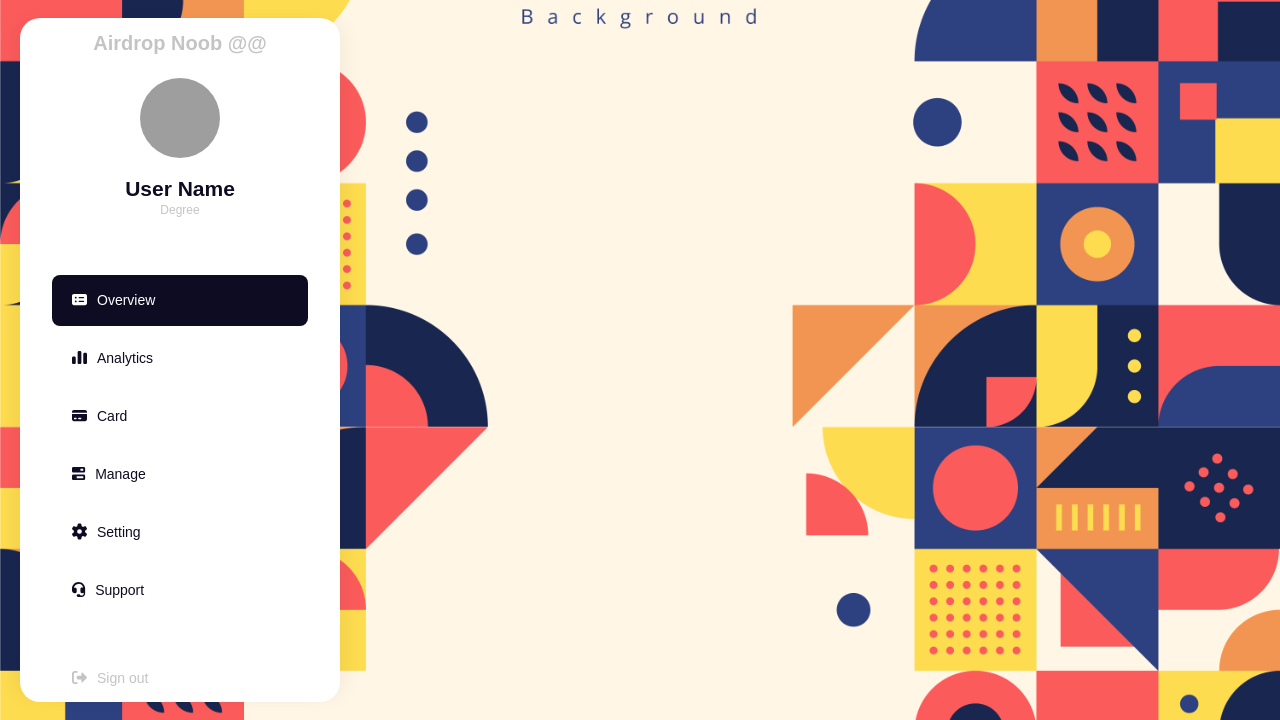
Repository: conGaStuer/airdropmamager
Page: /
These files come from the project's save history. The page is drawn as it stood at one moment and after the next save; the edit follows.
The browser window is 1280 px wide. The pictures show the whole page.
Pictures or frames that could not be fetched are drawn as grey boxes. The project was rebuilt for these pictures with package versions that can differ from the ones it lists, and the page was loaded fresh each time. The framework's server and built-in components were replaced by stand-ins that run in the browser. Also part of the build but not shown: next.config.ts.

Above is the page before, as saved 2025-05-25 20:00:58.

### src/app/layout.tsx
import type { Metadata } from "next";
import { Geist, Geist_Mono } from "next/font/google";
import "../styles/globals.css";
import "../lib/fontawesome";
const geistSans = Geist({
  variable: "--font-geist-sans",
  subsets: ["latin"],
});

const geistMono = Geist_Mono({
  variable: "--font-geist-mono",
  subsets: ["latin"],
});

export const metadata: Metadata = {
  title: "Create Next App",
  description: "Generated by create next app",
};

export default function RootLayout({
  children,
}: Readonly<{
  children: React.ReactNode;
}>) {
  return (
    <html lang="en">
      <body
        className={`${geistSans.variable} ${geistMono.variable} antialiased`}
      >
        {children}
      </body>
    </html>
  );
}

### src/app/page.tsx
import Link from "next/link";
import SideBar from "../components/SideBar";
export default function Home() {
  return (
    <div className="home">
      {/* <Link href="/airdrops">
        <button>Đi đến trang Airdrops</button>
      </Link> */}
      <SideBar />
    </div>
  );
}

### src/styles/globals.css
@tailwind base;
@tailwind components;
@tailwind utilities;

:root {
  --background: #ffffff;
  --foreground: #171717;
}

@media (prefers-color-scheme: dark) {
  :root {
    --background: #0a0a0a;
    --foreground: #ededed;
  }
}

body {
  color: var(--foreground);
  background: var(--background);
  font-family: Arial, Helvetica, sans-serif;
  background-image: url("../styles/bg.jpg");
  background-size: cover;
  background-position: center;
}

### src/lib/fontawesome.js
// src/lib/fontawesome.js
import { config } from "@fortawesome/fontawesome-svg-core";
import "@fortawesome/fontawesome-svg-core/styles.css";
config.autoAddCss = false; // ⛔️ Ngăn tự thêm CSS vì Next.js xử lý riêng

### src/components/SideBar.js
import React from "react";
import "../styles/sideBar.scss";
import { FontAwesomeIcon } from "@fortawesome/react-fontawesome";
import {
  faEdit,
  faTrash,
  faRectangleList,
  faChartSimple,
  faCreditCard,
  faBarsProgress,
  faGear,
  faHeadset,
  faRightFromBracket,
} from "@fortawesome/free-solid-svg-icons";

export default function SideBar() {
  return (
    <div className="side-bar">
      <div className="side-info">
        <h4>Airdrop Noob @@</h4>
        <div className="user-profile">
          <img src="/path/to/image.jpg" />
          <h4>User Name</h4>
          <p>Degree</p>
        </div>
      </div>
      <div className="side-menu">
        <div className="menu-element menu-element1">
          <FontAwesomeIcon icon={faRectangleList} className="icon" />
          <span>Overview</span>
        </div>
        <div className="menu-element">
          <FontAwesomeIcon icon={faChartSimple} className="icon" />
          <span>Analytics</span>
        </div>
        <div className="menu-element">
          <FontAwesomeIcon icon={faCreditCard} className="icon" />
          <span>Card</span>
        </div>
        <div className="menu-element">
          <FontAwesomeIcon icon={faBarsProgress} className="icon" />
          <span>Manage</span>
        </div>
        <div className="menu-element">
          <FontAwesomeIcon icon={faGear} className="icon" />
          <span>Setting</span>
        </div>
        <div className="menu-element">
          <FontAwesomeIcon icon={faHeadset} className="icon" />

          <span>Support</span>
        </div>
      </div>
      <div className="side-logout">
        <FontAwesomeIcon icon={faRightFromBracket} className="icon" />
        <span>Sign out</span>
      </div>
    </div>
  );
}

### src/styles/sideBar.scss
@mixin center-div {
  display: flex;
  flex-direction: column;
  justify-content: space-between;
  align-items: center;
}
@mixin no-space-text {
  margin: 0px;
  padding: 0px;
}
.side-bar {
  @include center-div();
  width: 25%;
  height: 95vh;
  position: fixed;
  top: 2.5%;
  left: 20px;
  border-radius: 20px;
  background-color: white;
  color: #c4c4c4;
  box-shadow: 10px 0 20px -5px rgba(0, 0, 0, 0.05),
    -10px 0 20px -5px rgba(0, 0, 0, 0.05);
  .icon {
    font-size: 15px;
    margin-right: 10px;
    position: relative;
    top: -1px;
  }
  .side-info {
    width: 80%;
    height: 32%;
    display: flex;
    flex-direction: column;
    justify-content: space-around;
    align-items: center;

    h4 {
      @include no-space-text();
      font-size: 20px;
      font-weight: bold;
    }
    .user-profile {
      width: 75%;
      height: 68%;
      @include center-div();

      img {
        width: 80px;
        height: 80px;
        border-radius: 50%;
      }
      h4 {
        font-size: 21px;
        font-weight: bold;
        @include no-space-text();
        position: relative;
        top: 5px;
        color: #0d0c22;
      }
      p {
        @include no-space-text();
        font-size: 12px;
        position: relative;
        top: -8px;
      }
    }
  }
  .side-menu {
    width: 80%;
    height: 50%;
    @include center-div();

    .menu-element {
      width: 100%;
      height: 15%;
      background-color: white;
      border-radius: 8px;
      font-size: 14px;
      display: flex;
      align-items: center;
      padding: 20px;
      color: #0d0c22;
    }
    .menu-element1 {
      background-color: #0d0c22;
      color: white;
    }
  }
  .side-logout {
    width: 80%;
    height: 7%;
    display: flex;
    align-items: center;
    padding: 20px;
    span {
      font-size: 14px;
    }
  }
}

Loaded but not shown: tailwind.config.ts (common file)

After the next save:
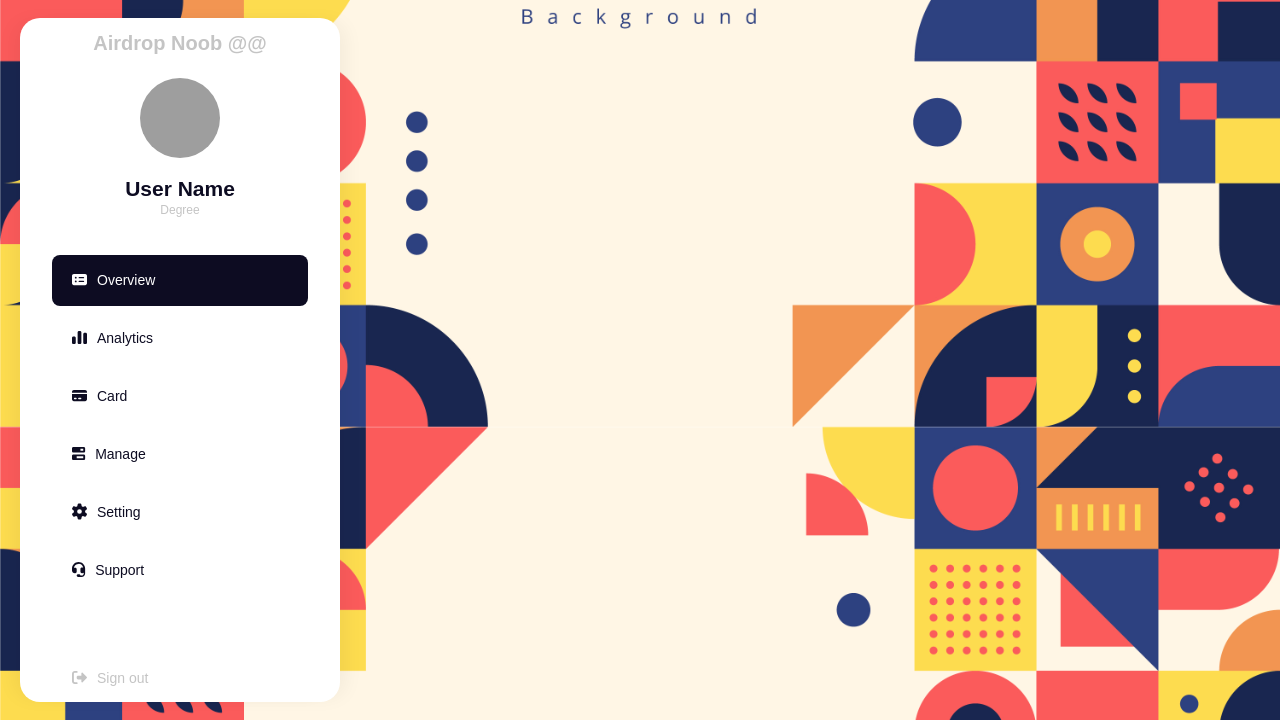
Saved 17 s later.
--- a/src/styles/sideBar.scss
+++ b/src/styles/sideBar.scss
@@ -69,7 +69,8 @@
     width: 80%;
     height: 50%;
     @include center-div();
-
+    position: relative;
+    top: -20px;
     .menu-element {
       width: 100%;
       height: 15%;
